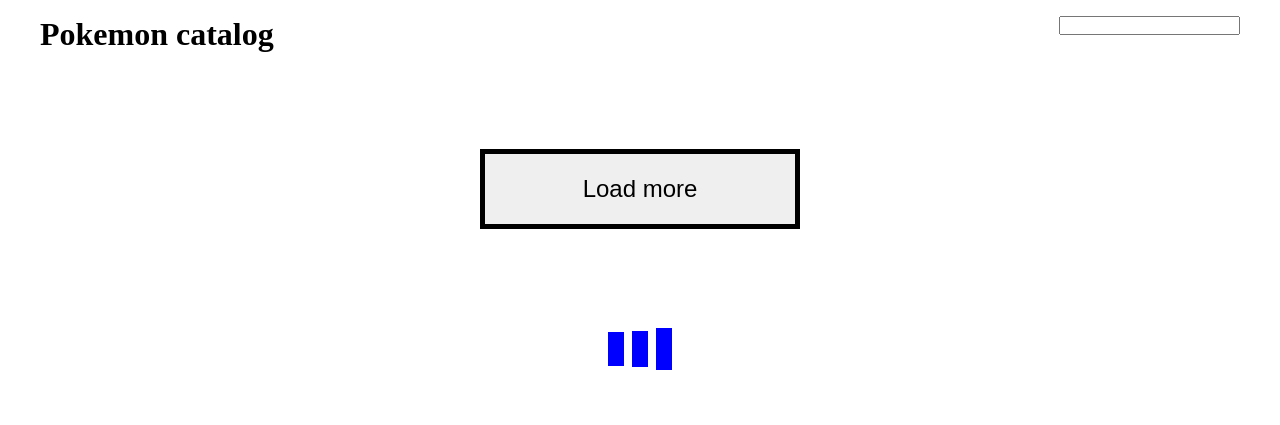
Repository: Ryszard-Penkala/pokemon-API
Page: index.html
These files come from the project's save history. The page is drawn as it stood at one moment and after the next save; the edit follows.
The browser window is 1280 px wide. The pictures show the whole page.
The page's requests for data from a server got no answer.

Above is the page before, as saved 2020-06-28 08:09:28.

### index.html
<!DOCTYPE html>
<html lang="en">
<head>
    <meta charset="UTF-8">
    <meta name="viewport" content="width=device-width, initial-scale=1.0">
    <link href="https://fonts.googleapis.com/css2?family=Lato:wght@400;700&amp;display=swap" rel="stylesheet">
    <link rel="stylesheet" href="assets/styles/styles.css">
    <title>Pokemon API</title>
</head>
<body>
    <main class="pokemon-app">
        <header class="header-main pokemon-app__header">
            <div class="header-main__catalog">
                <h1 class="header-main__heading">Pokemon catalog</h1>
            </div>
            <div class="header-main__search-bar">
                <input class="header-main__searching header-main__searching--active" type="text">
            </div>
        </header>
        <section class="section-main pokemon-app__section" data-content>

        </section>
        <footer class="footer-main pokemon-app__footer">
            <div class="footer-main__load-bar">
                <button class="footer-main__load-button">Load more</button>
                <div class="footer-main__loader"><div></div><div></div><div></div></div>
            </div>

        </footer>
    </main>


    <script src="assets/js/script.js"></script>
    <script>
        const Catalog = new pokemonAPICatalog();
        Catalog.init();
    </script>
</body>
</html>

### assets/styles/styles.css
*, *::before, *::after{
    margin: 0;
    padding: 0;
    box-sizing: border-box;
}
.body{
    display: flex;
    font-family: "Lato", sans-serif;
}

.pokemon-app{
    max-width: 1200px;
    margin: 0 auto;
}

.header-main{
    display: flex;
    justify-content: space-between;
    padding: 1rem 0;
}

.header-mian__catalog{
    display: inline-block;
}

.header-main__search-bar{
    display: inline-block;
}

.section-main{
    display: grid;
    grid-gap: 25px;
    grid-template-columns: repeat(auto-fit, minmax(250px, 1fr));
}
.section-main__card{
    width: 250px;
}
.card__header{
    display: flex;
    justify-content: space-between;
    line-height: 24px;
}

.card__name{
    font-size: 24px;
}

.card__image{
    width: 250px;
}

.card--bold{
    font-weight: 700;
}

.footer-main__load-button{
  display: block;
  margin: 5rem auto;
  height: 5rem;
  width: 20rem;
  font-size: 24px;
  border: 5px solid;
  cursor: pointer;
}

.footer-main__load-button:hover{
  color: white;
  background-color: black;
  border: 5px solid black;
}




.footer-main__loader {
    display: block;
    position: relative;
    width: 80px;
    height: 5rem;
    margin: 5rem auto;
  }
  .footer-main__loader div {
    display: inline-block;
    position: absolute;
    left: 8px;
    width: 16px;
    background: blue;
    animation: footer-main__loader 1.2s cubic-bezier(0, 0.5, 0.5, 1) infinite;
  }
  .footer-main__loader div:nth-child(1) {
    left: 8px;
    animation-delay: -0.24s;
  }
  .footer-main__loader div:nth-child(2) {
    left: 32px;
    animation-delay: -0.12s;
  }
  .footer-main__loader div:nth-child(3) {
    left: 56px;
    animation-delay: 0;
  }
  @keyframes footer-main__loader {
    0% {
      top: 8px;
      height: 64px;
    }
    50%, 100% {
      top: 24px;
      height: 32px;
    }
  }

### assets/js/script.js
class pokemonAPICatalog {
    constructor() {
        this.catalog = null;
        this.cards = [];
        this.page = 1;

        this.API = "https://api.pokemontcg.io";
        this.API_VERSION= "v1";
        this.API_RESOURCE = "cards?pageSize=4&page=2";
        this.API_PAGE_SIZE = "pageSize=4"
        this.API_PAGE = "page="

        this.API_ENDPOINT = `${this.API}/${this.API_VERSION}/${this.API_RESOURCE}?${this.API_PAGE_SIZE}&${this.API_PAGE}${this.page}`;

        this.UiSelectors = {
            content : `[data-content]`
        }
    }
    init(){
        this.catalog = document.querySelector(this.UiSelectors.content);
        this.pullCards();

    }

    async pullCards(){
        const { cards } = await this.fetchData(this.API_ENDPOINT)
        this.cards = [...cards];
        this.addCards(this.cards);
    }


    async fetchData(url){
        const response = await fetch(url);
        const parsedResponse = await response.json();

        return parsedResponse;
    }

    addCards(cards){
        this.cards.map(card => {
            this.catalog.insertAdjacentHTML("beforeend", this.drawCard(card))
        });
    }

    drawCard(card){
        return(
            `<span class="section-main__card">
                <header class="card__header">
                    <span class="card__name card--bold">${card.name}</span>
                    <span class="card__id">Nr: ${card.number}</span>
                </header>
                <img src=${card.imageUrl} class="card__image">
                <footer class="card_footer">
                    <div class="card__supertype">
                        <span class="card__supertype card--bold">Supertype : </span>
                        ${card.supertype}
                    </div>
                    <div class="card__subtype">
                        <span class="card__subtype card--bold">Subtype : </span>
                        ${card.subtype}
                    </div>
                    <div class="card__rarity">
                        <span class="card__rarity card--bold">Rarity : </span>
                        ${card.rarity}
                    </div>
                </footer>
            </span>`
        )
    }
}

After the next save:
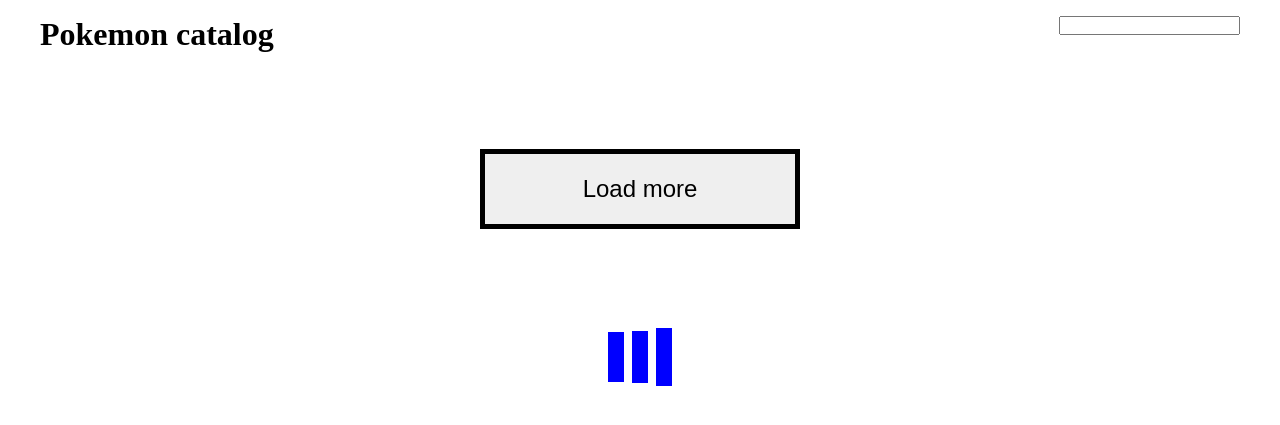
Saved 18 s later.
--- a/assets/styles/styles.css
+++ b/assets/styles/styles.css
@@ -102,10 +102,10 @@
   @keyframes footer-main__loader {
     0% {
       top: 8px;
-      height: 64px;
+      height: 5rem;
     }
     50%, 100% {
       top: 24px;
-      height: 32px;
+      height: 3rem;
     }
   }
